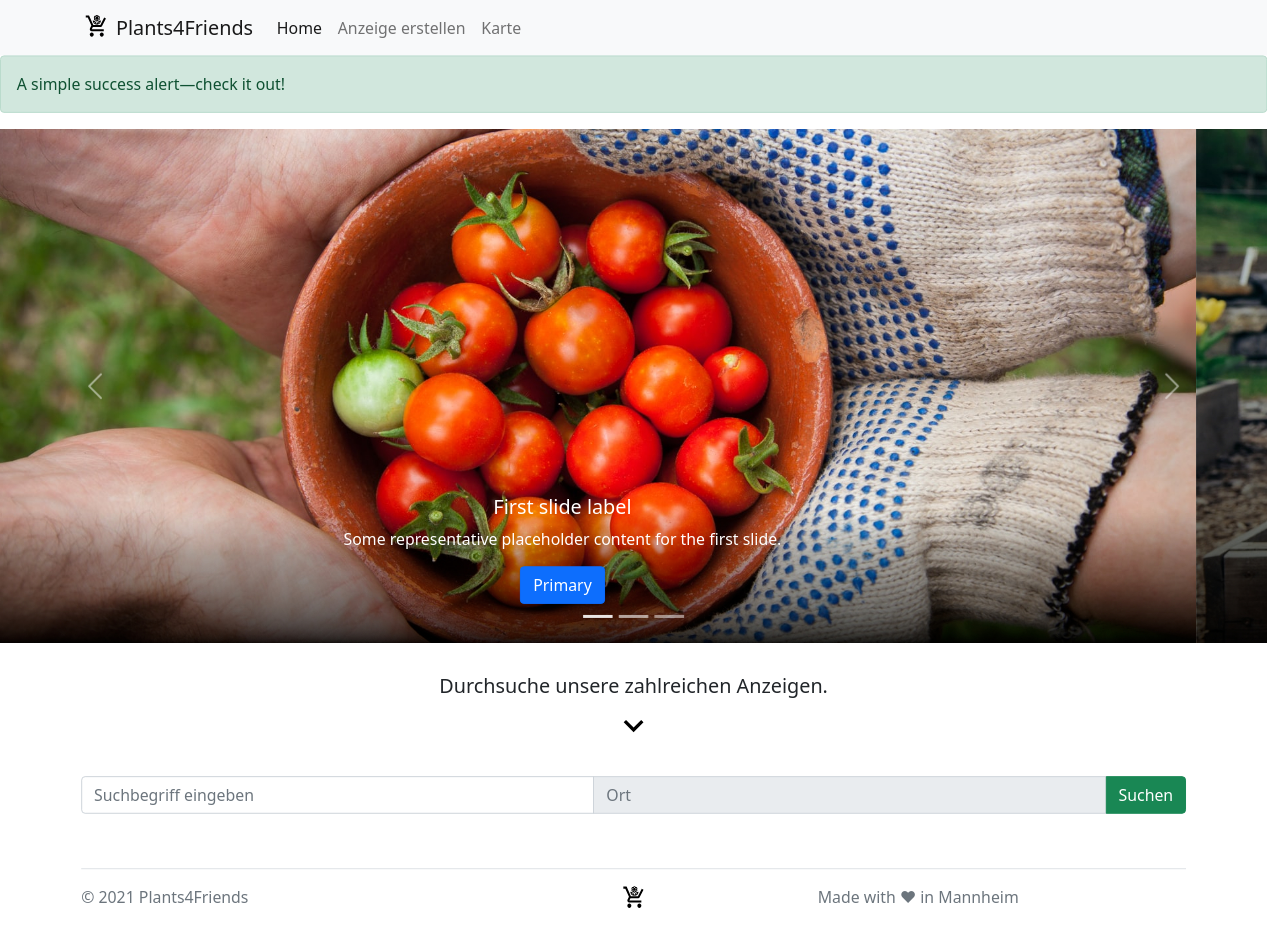
Repository: Carlson43/PlantsForFriends
Page: Website/index.html
The author's editor kept a copy of each file at every save. The page is drawn from the files as they stood at one save, then again after the next save.
The browser window is 1280 px wide. The pictures show the whole page, at 99% of full size.

Above is the page before, as saved 2022-01-13 12:02:07.

### Website/index.html
<!doctype html>
<html lang="en">
  <head>
      <!-- Required meta tags -->
      <meta charset="utf-8">
      <meta name="viewport" content="width=device-width, initial-scale=1">

      <!-- Referencing Backend -->
      <script src="https://code.jquery.com/jquery-3.6.0.js"> </script>
      <script src="./Backend.js"> </script>

      <!-- Bootstrap CSS -->
      <link href="https://cdn.jsdelivr.net/npm/bootstrap@5.1.3/dist/css/bootstrap.min.css" rel="stylesheet" integrity="sha384-1BmE4kWBq78iYhFldvKuhfTAU6auU8tT94WrHftjDbrCEXSU1oBoqyl2QvZ6jIW3" crossorigin="anonymous">

      <!-- Custom Carousel CSS -->
      <style>
        .img-responsive {
        max-width: 100%; /* or to whatever you want here */
        max-height: auto; /* or to whatever you want here */
      }
      </style>

      <!-- Custom Divider CSS -->
      <link rel="stylesheet" href="divider.css">

    <title>Welcome @ Plants4Friends</title>

    <!-- Favicon -->
    <link rel="icon" type="image/x-icon" href="./Design-Ressourcen/flower.svg">
  </head>

  <body>
    <!-- Navbar -->
    <nav class="navbar navbar-expand-lg navbar-light bg-light">
        <div class="container fluid">
            <!-- Navabr Logo and Brandname -->
            <a class="navbar-brand" href="#">
                <img src="./Design-Ressourcen/logo.svg" alt="" width="30" height="24" class="d-inline-block align-text-top">
                Plants4Friends
            </a>
            <!-- Toggler for Expandsion -->
            <button class="navbar-toggler" type="button" data-bs-toggle="collapse" data-bs-target="#navbarNav" aria-controls="navbarNav" aria-expanded="false" aria-label="Toggle navigation">
                <span class="navbar-toggler-icon"></span>
            </button>
            <!-- Navigation Links -->
            <div class="collapse navbar-collapse" id="navbarNav">
                <div class="navbar-nav">
                    <a class="nav-link active" aria-current="page" href="index.html">Home</a>
                    <a class="nav-link" href="./create.html">Anzeige erstellen</a>
                    <a class="nav-link" href="./map.html">Karte</a>
                </div>
            </div>
        </div>
    </nav>
    <div class="alert alert-success" role="alert">
      A simple success alert—check it out!
    </div>
    <!-- Carousel -->
    <div id="carouselExampleCaptions" class="carousel slide" data-bs-ride="carousel">
        <!-- Slide Indicators -->
        <div class="carousel-indicators">
          <button type="button" data-bs-target="#carouselExampleCaptions" data-bs-slide-to="0" class="active" aria-current="true" aria-label="Slide 1"></button>
          <button type="button" data-bs-target="#carouselExampleCaptions" data-bs-slide-to="1" aria-label="Slide 2"></button>
          <button type="button" data-bs-target="#carouselExampleCaptions" data-bs-slide-to="2" aria-label="Slide 3"></button>
        </div>
        <!-- Carousel Slide Content -->
        <div class="carousel-inner">
          <!-- First Slide (starts with an active state) -->
          <div class="carousel-item active">
            <img src="./Design-Ressourcen/Bilder/carousel02-cut.jpg" class="img-responsive" alt="...">
            <!-- Text / Content Box -->
            <div class="carousel-caption d-none d-sm-block">
                <h5>First slide label</h5>
                <p>Some representative placeholder content for the first slide.</p>
                <button type="button" class="btn btn-primary">Primary</button>
            </div>
          </div>
          <!-- Second Slide -->
          <div class="carousel-item">
            <img src="./Design-Ressourcen/Bilder/carousel03-cut.jpg" class="d-block w-100" alt="...">
            <!-- Text / Content Box -->
            <div class="carousel-caption d-none d-sm-block">
                <h5>Second slide label</h5>
                <p>Some representative placeholder content for the second slide.</p>
                <button type="button" class="btn btn-outline-light">Light</button>
            </div>
          </div>
          <!-- Third Slide -->
          <div class="carousel-item">
            <img src="./Design-Ressourcen/Bilder/carousel04-cut.jpg" class="d-block w-100" alt="...">
            <!-- Text / Content Box -->
            <div class="carousel-caption d-none d-sm-block">
                <h5>Third slide label</h5>
                <p>Some representative placeholder content for the third slide.</p>
                <button type="button" class="btn btn-light">Light</button>
            </div>
          </div>
        </div>
        <!-- Left Button for previous Slide -->
        <button class="carousel-control-prev" type="button" data-bs-target="#carouselExampleCaptions" data-bs-slide="prev">
          <span class="carousel-control-prev-icon" aria-hidden="true"></span>
          <span class="visually-hidden">Previous</span>
        </button>
        <!-- Right Button for next Slide -->
        <button class="carousel-control-next" type="button" data-bs-target="#carouselExampleCaptions" data-bs-slide="next">
          <span class="carousel-control-next-icon" aria-hidden="true"></span>
          <span class="visually-hidden">Next</span>
        </button>
    </div>

    <div class="h-divider"></div>

    <!-- Small Text -->
    <div class="container-md text-center">
      <h5>Durchsuche unsere zahlreichen Anzeigen.</h5>
      <img src="./Design-Ressourcen/expand_more.svg" class="mx-auto d-block" alt="" style="height: 40px" >
    </div>

    <div class="h-divider"></div>

    <!-- Input / Search Group -->
      <div class="container-md">
        <div class="input-group">
          <!-- General Search Input -->
          <input type="text" placeholder="Suchbegriff eingeben" aria-label="search_term" id="search_term" class="form-control">
          <!-- Location Search Input - Diabled due to no working implementation -->
          <input type="text" placeholder="Ort" aria-label="search_loc" id="search_loc" class="form-control" disabled>
          <!-- Search Button -->
          <button onclick= "search_and_display();" class="btn btn-success" type="button" id="search_btn">Suchen</button>
        </div>
    </div>

    <div class="h-divider"></div>



    <!-- Container Layout Demo -->
    <div class="container-md">
        <div class="row">
          <div class="col">
                <!-- Card Element 1-->
                <div class="card" style="width: 18rem;" id = "Card0" hidden>
                  <!-- Heading image -->
                  <img src="./Design-Ressourcen/Bilder/carrots.jpg" class="card-img-top" alt="...">
                  <div class="card-body">
                      <h5 class="card-title" id = "Card0title">Überschrift</h5>
                      <h5 class="card-title" id = "Card0key" hidden>f</h5>
                      <h6 class="card-subtitle mb-2 text-muted" id = "Card0price">Preis in €</h6>
                      <h6 class="card-subtitle mb-2 text-muted" id = "Card0contact">Kontaktmöglichkeit</h6>
                      <p class="card-text" id = "Card0text">Die Beschreibung der Anzeige soll hier dann erscheinen. Vielleicht ist die Größe aber ein Limit. Naja, das lässt sich bestimmt irgendiwe Lösen</p>
                       <!-- Detail Button -->
                      <a  class="btn btn-primary" onclick = "addKey0();setTimeout(myURL, 4000);">Details ></a>
                  </div>
                </div>
          </div>
          <div class="col">
            <!-- Card Element 2-->
            <div class="card" style="width: 18rem;" id = "Card1" hidden>
              <!-- Heading image -->
              <img src="./Design-Ressourcen/Bilder/carrots.jpg" class="card-img-top" alt="...">
              <div class="card-body">
                  <h5 class="card-title" id = "Card1title">Überschrift</h5>
                  <h5 class="card-title" id = "Card1key" hidden>f</h5>
                  <h6 class="card-subtitle mb-2 text-muted" id = "Card1price">Preis in €</h6>
                  <h6 class="card-subtitle mb-2 text-muted" id = "Card1contact">Kontaktmöglichkeit</h6>
                  <p class="card-text" id = "Card1text">Die Beschreibung der Anzeige soll hier dann erscheinen. Vielleicht ist die Größe aber ein Limit. Naja, das lässt sich bestimmt irgendiwe Lösen</p>
                  <!-- Detail Button -->
                  <a class="btn btn-primary" onclick = "addKey1();setTimeout(myURL, 4000);">Details ></a>
              </div>
            </div>
          </div>
          <div class="col">
            <!-- Card Element 3-->
            <div class="card" style="width: 18rem;" id = "Card2" hidden>
              <!-- Heading image -->
              <img src="./Design-Ressourcen/Bilder/carrots.jpg" class="card-img-top" alt="...">
              <div class="card-body">
                  <h5 class="card-title" id = "Card2title">Überschrift</h5>
                  <h5 class="card-title" id = "Card2key" hidden>f</h5>
                  <h6 class="card-subtitle mb-2 text-muted" id = "Card2price">Preis in €</h6>
                  <h6 class="card-subtitle mb-2 text-muted" id = "Card2contact">Kontaktmöglichkeit</h6>
                  <p class="card-text" id = "Card2text">Die Beschreibung der Anzeige soll hier dann erscheinen. Vielleicht ist die Größe aber ein Limit. Naja, das lässt sich bestimmt irgendiwe Lösen</p>
                  <!-- Detail Button -->
                  <a class="btn btn-primary" onclick = "addKey2();setTimeout(myURL, 4000);">Details ></a>
              </div>
            </div>
          </div>
        </div>
        <div class="row">
          <div class="col">
                <!-- Card Element 4-->
                <div class="card" style="width: 18rem;" id = "Card3" hidden>
                  <!-- Heading image -->
                  <img src="./Design-Ressourcen/Bilder/carrots.jpg" class="card-img-top" alt="...">
                  <div class="card-body">
                      <h5 class="card-title" id = "Card3title">Überschrift</h5>
                      <h5 class="card-title" id = "Card3key" hidden></h5>
                      <h6 class="card-subtitle mb-2 text-muted" id = "Card3price">Preis in €</h6>
                      <h6 class="card-subtitle mb-2 text-muted" id = "Card3contact">Kontaktmöglichkeit</h6>
                      <p class="card-text" id = "Card3text">Die Beschreibung der Anzeige soll hier dann erscheinen. Vielleicht ist die Größe aber ein Limit. Naja, das lässt sich bestimmt irgendiwe Lösen</p>
                      <!-- Detail Button -->
                      <a  class="btn btn-primary" onclick = "addKey3();setTimeout(myURL, 4000);">Details ></a>
                  </div>
                </div>
          </div>
          <div class="col">
            <!-- Card Element 5-->
            <div class="card" style="width: 18rem;" id = "Card4" hidden>
              <!-- Heading image -->
              <img src="./Design-Ressourcen/Bilder/carrots.jpg" class="card-img-top" alt="...">
              <div class="card-body">
                  <h5 class="card-title" id = "Card4title">Überschrift</h5>
                  <h5 class="card-title" id = "Card4key" hidden></h5>
                  <h6 class="card-subtitle mb-2 text-muted" id = "Card4price">Preis in €</h6>
                  <h6 class="card-subtitle mb-2 text-muted" id = "Card4contact">Kontaktmöglichkeit</h6>
                  <p class="card-text" id = "Card4text">Die Beschreibung der Anzeige soll hier dann erscheinen. Vielleicht ist die Größe aber ein Limit. Naja, das lässt sich bestimmt irgendiwe Lösen</p>
                  <!-- Detail Button -->
                  <a class="btn btn-primary" onclick = "addKey4();setTimeout(myURL, 4000);">Details ></a>
              </div>
            </div>
          </div>
          <div class="col">
            <!-- Card Element 6-->
            <div class="card" style="width: 18rem;" id = "Card5" hidden>
              <!-- Heading image -->
              <img src="./Design-Ressourcen/Bilder/carrots.jpg" class="card-img-top" alt="...">
              <div class="card-body">
                  <h5 class="card-title" id = "Card0title">Überschrift</h5>
                  <h5 class="card-title" id = "Card5key" hidden></h5>
                  <h6 class="card-subtitle mb-2 text-muted" id = "Card5price">Preis in €</h6>
                  <h6 class="card-subtitle mb-2 text-muted" id = "Card5contact">Kontaktmöglichkeit</h6>
                  <p class="card-text" id = "Card5text">Die Beschreibung der Anzeige soll hier dann erscheinen. Vielleicht ist die Größe aber ein Limit. Naja, das lässt sich bestimmt irgendiwe Lösen</p>
                  <!-- Detail Button -->
                  <a class="btn btn-primary" onclick = "addKey5();setTimeout(myURL, 4000);">Details ></a>
              </div>
            </div>
          </div>
        </div>
        <div class="row">
          <div class="col">
                <!-- Card Element 7-->
                <div class="card" style="width: 18rem;" id = "Card6" hidden>
                  <!-- Heading image -->
                  <img src="./Design-Ressourcen/Bilder/carrots.jpg" class="card-img-top" alt="...">
                  <div class="card-body">
                      <h5 class="card-title" id = "Card6title">Überschrift</h5>
                      <h5 class="card-title" id = "Card6key" hidden></h5>
                      <h6 class="card-subtitle mb-2 text-muted" id = "Card6price">Preis in €</h6>
                      <h6 class="card-subtitle mb-2 text-muted" id = "Card6contact">Kontaktmöglichkeit</h6>
                      <p class="card-text" id = "Card6text">Die Beschreibung der Anzeige soll hier dann erscheinen. Vielleicht ist die Größe aber ein Limit. Naja, das lässt sich bestimmt irgendiwe Lösen</p>
                      <!-- Detail Button -->
                      <a  class="btn btn-primary" onclick = "addKey6();setTimeout(myURL, 4000);">Details ></a>
                  </div>
                </div>
          </div>
          <div class="col">
            <!-- Card Element 8-->
            <div class="card" style="width: 18rem;" id = "Card7" hidden>
              <!-- Heading image -->
              <img src="./Design-Ressourcen/Bilder/carrots.jpg" class="card-img-top" alt="...">
              <div class="card-body">
                  <h5 class="card-title" id = "Card7title">Überschrift</h5>
                  <h5 class="card-title" id = "Card7key" hidden></h5>
                  <h6 class="card-subtitle mb-2 text-muted" id = "Card7price">Preis in €</h6>
                  <h6 class="card-subtitle mb-2 text-muted" id = "Card7contact">Kontaktmöglichkeit</h6>
                  <p class="card-text" id = "Card7text">Die Beschreibung der Anzeige soll hier dann erscheinen. Vielleicht ist die Größe aber ein Limit. Naja, das lässt sich bestimmt irgendiwe Lösen</p>
                  <!-- Detail Button -->
                  <a class="btn btn-primary" onclick = "addKey7();setTimeout(myURL, 4000);">Details ></a>
              </div>
            </div>
          </div>
          <div class="col">
            <!-- Card Element 9 -->
            <div class="card" style="width: 18rem;" id = "Card8" hidden>
              <!-- Heading image -->
              <img src="./Design-Ressourcen/Bilder/carrots.jpg" class="card-img-top" alt="...">
              <div class="card-body">
                  <h5 class="card-title" id = "Card8title">Überschrift</h5>
                  <h5 class="card-title" id = "Card8key" hidden></h5>
                  <h6 class="card-subtitle mb-2 text-muted" id = "Card8price">Preis in €</h6>
                  <h6 class="card-subtitle mb-2 text-muted" id = "Card8contact">Kontaktmöglichkeit</h6>
                  <p class="card-text" id = "Card8text">Die Beschreibung der Anzeige soll hier dann erscheinen. Vielleicht ist die Größe aber ein Limit. Naja, das lässt sich bestimmt irgendiwe Lösen</p>
                  <!-- Detail Button -->
                  <a class="btn btn-primary" onclick = "addKey8();setTimeout(myURL, 4000);">Details ></a>
              </div>
            </div>
          </div>
        </div>
    </div>


    <!-- Footer -->
    <div class="container">
      <footer class="d-flex flex-wrap justify-content-between align-items-center py-3 my-4 border-top">
        <p class="col-md-4 mb-0 text-muted">© 2021 Plants4Friends</p>

        <!-- Footer Logo -->
        <a href="index.html" class="col-md-4 d-flex align-items-center justify-content-center mb-3 mb-md-0 me-md-auto link-dark text-decoration-none">
          <img src="./Design-Ressourcen/logo.svg" alt="" width="30" height="24" class="d-inline-block align-text-top">
        </a>

        <p class="col-md-4 mb-0 text-muted">Made with ❤ in Mannheim</p>
      </footer>
    </div>

    <!--Bootstrap JS-->
    <script src="https://cdn.jsdelivr.net/npm/bootstrap@5.1.3/dist/js/bootstrap.bundle.min.js" integrity="sha384-ka7Sk0Gln4gmtz2MlQnikT1wXgYsOg+OMhuP+IlRH9sENBO0LRn5q+8nbTov4+1p" crossorigin="anonymous"></script>

  </body>

<script>

</script>

</html>

### Website/divider.css

.h-divider{
    margin-top:15px;
    margin-bottom:15px;
    height:1px;
    width:100%;
    /* border-top:1px solid gray; */
}

Loaded but not shown: Website/Backend.js (260 lines, source omitted)

After the next save:
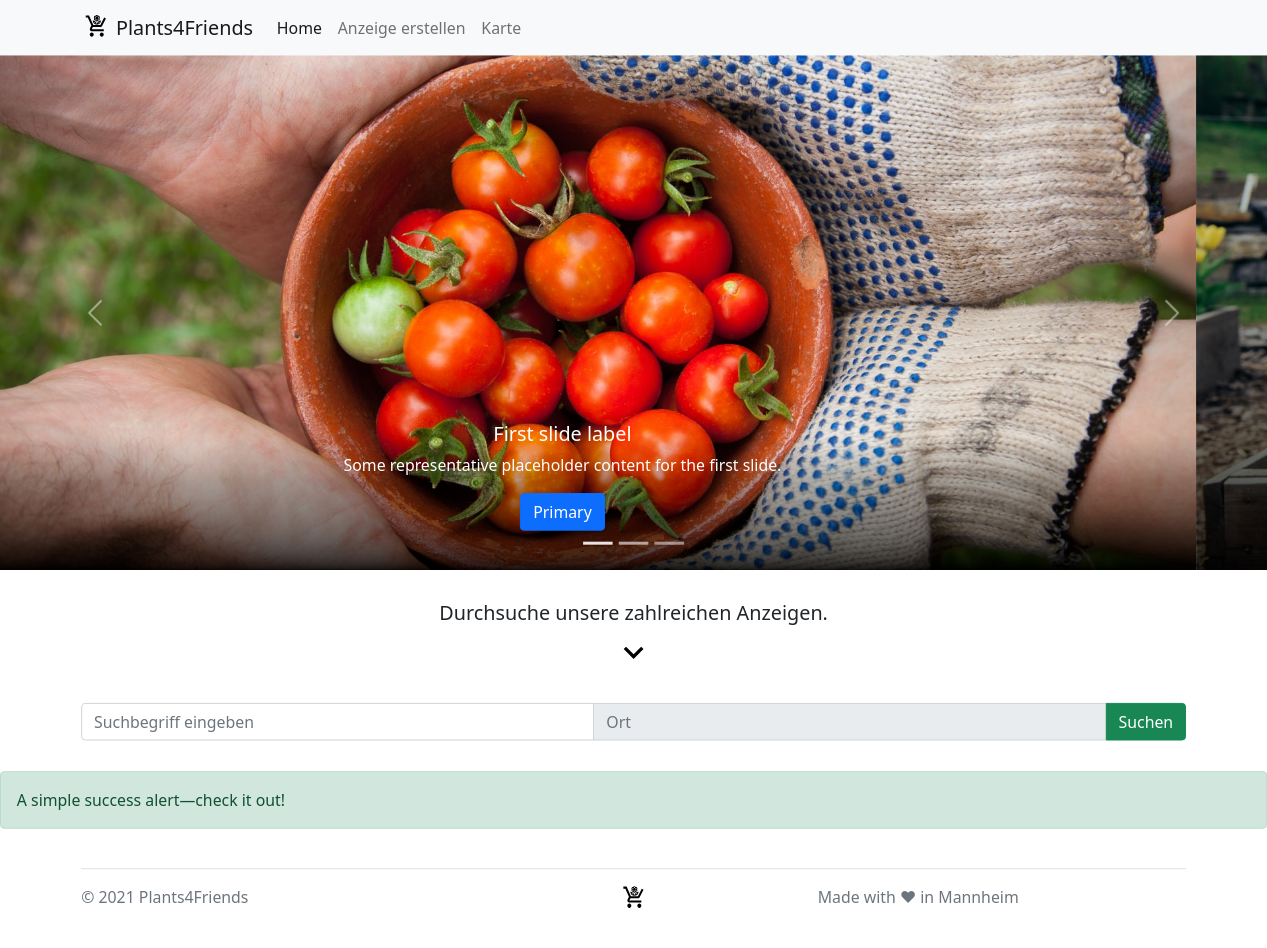
Saved 45 s later.
--- a/Website/index.html
+++ b/Website/index.html
@@ -52,9 +52,7 @@
             </div>
         </div>
     </nav>
-    <div class="alert alert-success" role="alert">
-      A simple success alert—check it out!
-    </div>
+
     <!-- Carousel -->
     <div id="carouselExampleCaptions" class="carousel slide" data-bs-ride="carousel">
         <!-- Slide Indicators -->
@@ -132,7 +130,9 @@
 
     <div class="h-divider"></div>
 
-
+    <div class="alert alert-success" role="alert">
+      A simple success alert—check it out!
+    </div>
 
     <!-- Container Layout Demo -->
     <div class="container-md">
